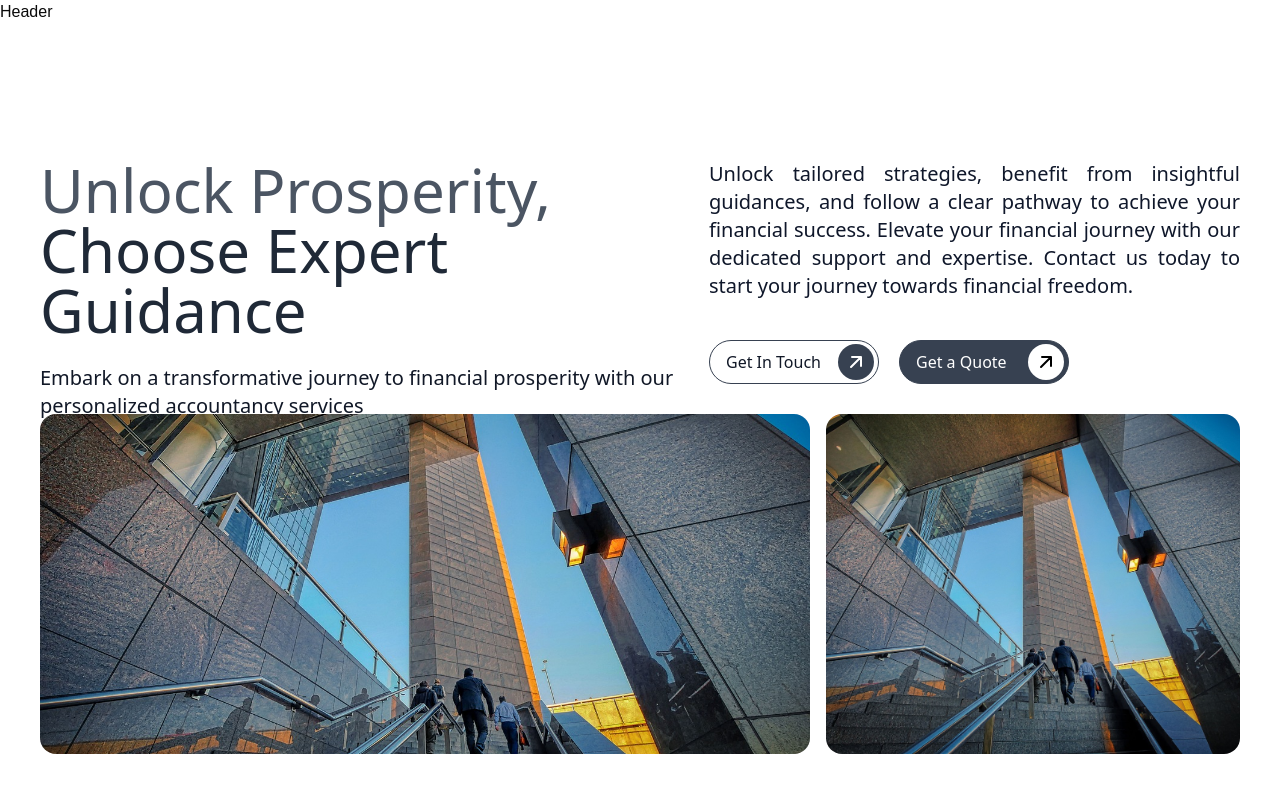
Repository: vespersolutionspk18/integrast-website
Page: /
These files come from the project's save history. The page is drawn as it stood at one moment and after the next save; the edit follows.
The browser window is 1280 px wide. The pictures show the whole page.
The project was rebuilt for these pictures with package versions that can differ from the ones it lists, and the page was loaded fresh each time. The framework's server and built-in components were replaced by stand-ins that run in the browser. Also part of the build but not shown: next.config.ts.

Above is the page before, as saved 2024-12-09 15:08:35.

### app/page.tsx
import Image from "next/image";
import Header from "./Header";
import Hero from "./Hero";

export default function Home() {
  return (
    <div>
      <Header />
      <Hero />
    </div>
  );
}

### app/Hero.tsx
import React from 'react'
import ButtonArrowwhite from "@/public/assets/buttonarrowwhite.svg";
import ButtonArrow from "@/public/assets/buttonarrow.svg";
const Hero = () => {
  return (
    <div className="flex flex-col p-10 ">
        <div className="flex flex-row mt-24 h-[190px] gap-5 ">
            <div className="w-[55%] flex flex-col">
                <h1 className="font-light font-sans text-6xl text-gray-600">Unlock Prosperity, <span className="text-gray-800">Choose Expert Guidance</span></h1>
                <h4 className="text-xl font-sans text-gray-900 mt-6">Embark on a transformative journey to financial prosperity with our personalized accountancy services</h4>
            </div>
            <div className="w-[45%] flex flex-col justify-between ">
                <h4 className="text-xl text-justify font-sans text-slate-900">Unlock tailored strategies, benefit from insightful guidances, and follow a clear pathway to achieve your financial success. Elevate your financial journey with our dedicated support and expertise. Contact us today to start your journey towards financial freedom.</h4>
                <div className="flex flex-row gap-5 pt-10">
                <div>
                <div id="button"
  className="group  bg-white h-[44px] flex-row border-[1px] border-gray-700 text-gray-900 text-[16px] py-1 px-1 font-light rounded-full hidden md:flex items-center justify-between w-[170px] transition-width duration-500 ease-in-out  hover:w-[195px] hover:bg-gray-700 hover:border-gray-700 hover:text-white "

>
  <div className="mx-3 font-sans font-regular">Get In Touch</div>
  <div className="bg-gray-700 rounded-full h-[36px] w-[36px] flex items-center justify-center transition-transform duration-500 ease-in-out group-hover:rotate-45">
    <ButtonArrowwhite className="h-[24px] w-[24px]" />
  </div>
            </div>
                </div>
                <div>
                <div id="button"
  className="group  bg-gray-700 h-[44px] flex-row border-[1px] border-gray-700 text-white text-[16px] py-1 px-1 font-light rounded-full hidden md:flex items-center justify-between w-[170px] transition-width duration-500 ease-in-out  hover:w-[195px] hover:bg-white hover:border-gray-700 hover:text-gray-700 "

>
  <div className="mx-3 font-sans font-regular">Get a Quote</div>
  <div className="bg-white rounded-full h-[36px] w-[36px] flex items-center justify-center transition-transform duration-500 ease-in-out group-hover:rotate-45">
    <ButtonArrow className="h-[24px] w-[24px]" />
  </div>
            </div>
                </div>

                </div>
            </div>
        </div>


        <div className="flex flex-row h-[340px] gap-4 mt-16">
            <div className="w-[65%] rounded-2xl bg-cover bg-center" style={{backgroundImage: `url('/assets/heroimage1.jpg')`}}></div>
            <div className="w-[35%] flex flex-col justify-between ">
                <div className="w-full h-full rounded-2xl bg-cover bg-center" style={{backgroundImage: `url('/assets/heroimage1.jpg')`}}></div>
            </div>
        </div>
    </div>
  )
}

export default Hero

Loaded but not shown: app/layout.tsx (common file); app/globals.css (common file); app/Header.tsx (common file); tailwind.config.ts (common file)

After the next save:
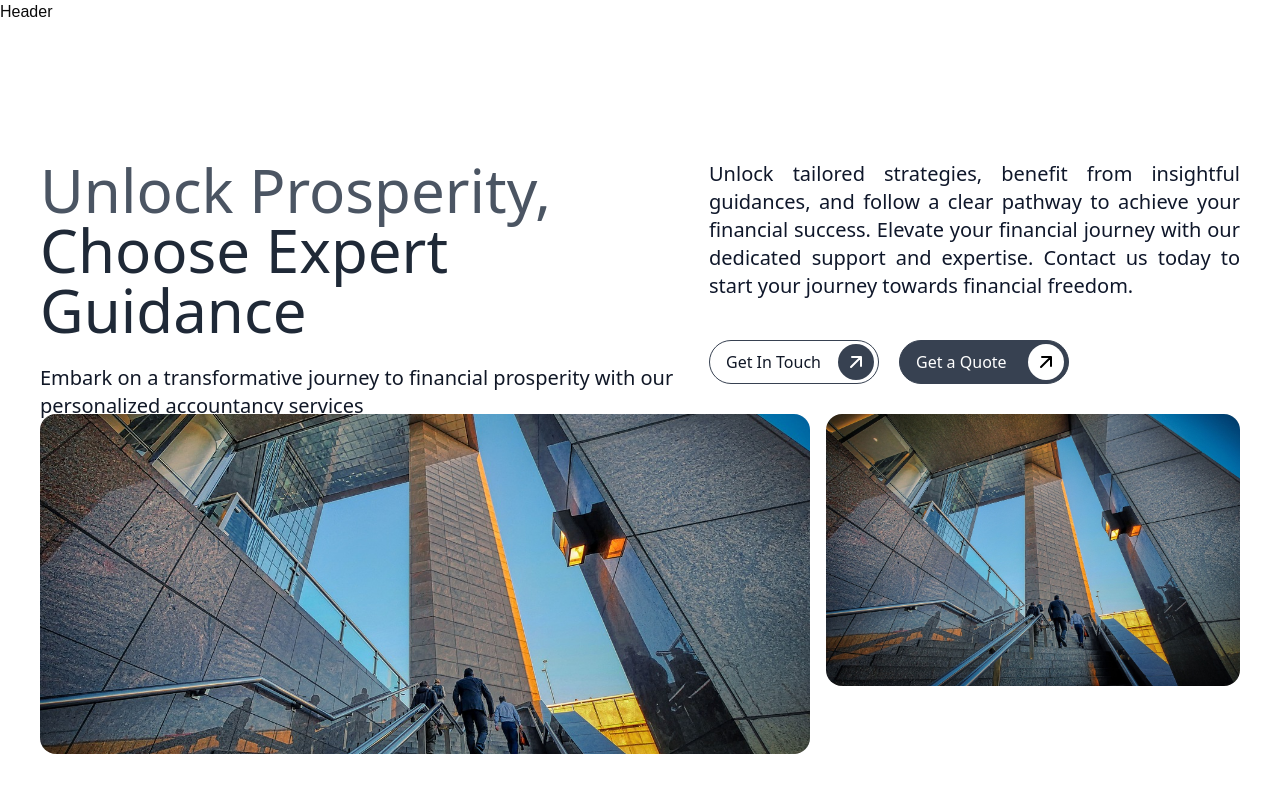
Saved 10 s later.
--- a/app/Hero.tsx
+++ b/app/Hero.tsx
@@ -43,7 +43,7 @@ const Hero = () => {
         <div className="flex flex-row h-[340px] gap-4 mt-16">
             <div className="w-[65%] rounded-2xl bg-cover bg-center" style={{backgroundImage: `url('/assets/heroimage1.jpg')`}}></div>
             <div className="w-[35%] flex flex-col justify-between ">
-                <div className="w-full h-full rounded-2xl bg-cover bg-center" style={{backgroundImage: `url('/assets/heroimage1.jpg')`}}></div>
+                <div className="w-full h-[80%] rounded-2xl bg-cover bg-center" style={{backgroundImage: `url('/assets/heroimage1.jpg')`}}></div>
             </div>
         </div>
     </div>
